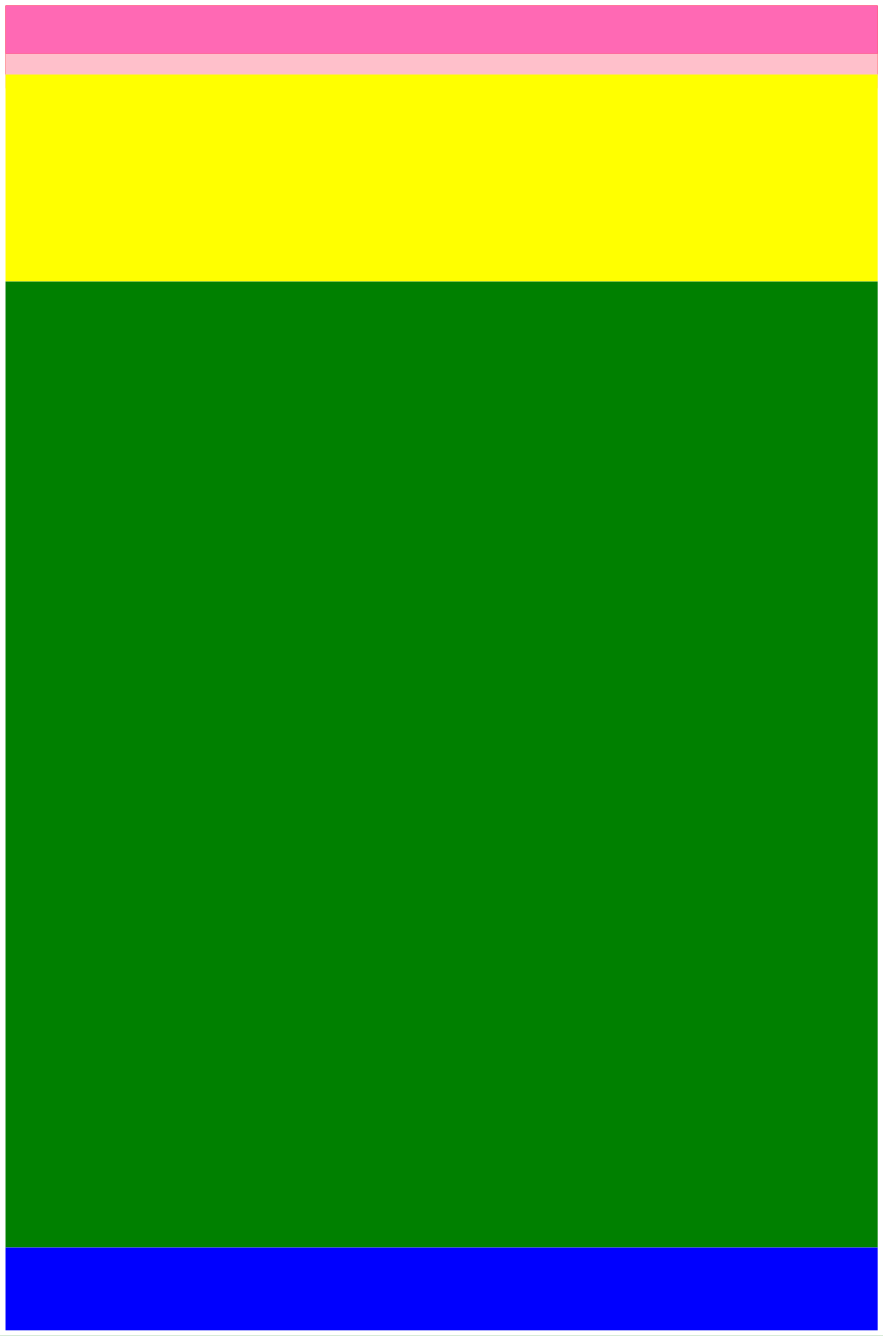
Repository: Souax/prac_20231021
Page: caravan/index.html
The author's editor kept a record of every edit. The page is drawn from the files as they stood at one moment, then again after the next edit.
The browser window is 1280 px wide. The pictures show the whole page, at 69% of full size.

Above is the page before.

### caravan/index.html
<!DOCTYPE html>
<html lang="ja">
  <heada>
    <meta charset="UTF-8">
    <link rel="stylesheet" href="style.css">
    <title>CARAVAN</title>
  </heada>

  <body>
    <div class="header">
        <div class="header-top"></div>
        <div class="header-bottom"></div>
    </div>
    <div class="main-visual">
      <div class="main-visual-content"></div>
    </div>

    <div class="main">
      <div class="blog"></div>
      <div class="saidebar"></div>
    </div>
    <div class="footer"></div>
  </body>

</html>

### caravan/style.css
＊{
  margin:0;
  padding:0;
  box-sizing:border-box;
}

.header{
  width:100%;
  height:100px;
  background-color:red;
}

.header-top{
  width:100%;
  height:70px;
  background-color:hotpink;
}

.header-bottom {
  width: 100%;
  height: 50px;
  background-color: pink;
}

.main-visual{
  width:100%;
  height:300px;
  background-color:orange;
}

.main-visual-content{
  width:100%;
  height:300px;
  background-color:yellow;
}
.main{
  width:100%;
  height:1400px;
  background-color:green;
}

.footer{
  width:100%;
  height:120px;
  background-color:blue;
}

After the next edit:
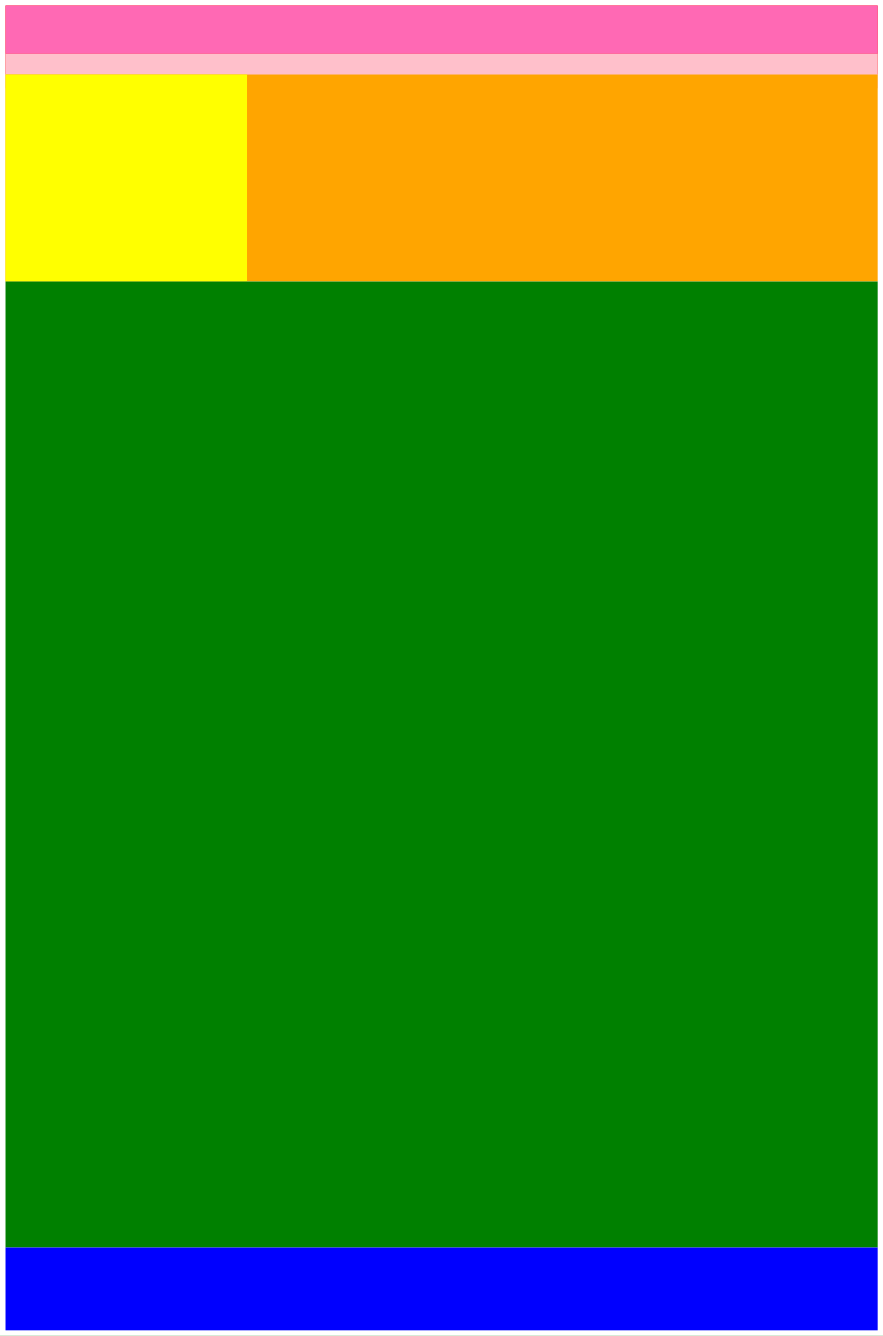
The edit:
--- a/caravan/style.css
+++ b/caravan/style.css
@@ -29,7 +29,7 @@
 }
 
 .main-visual-content{
-  width:100%;
+  width:350px;
   height:300px;
   background-color:yellow;
 }
